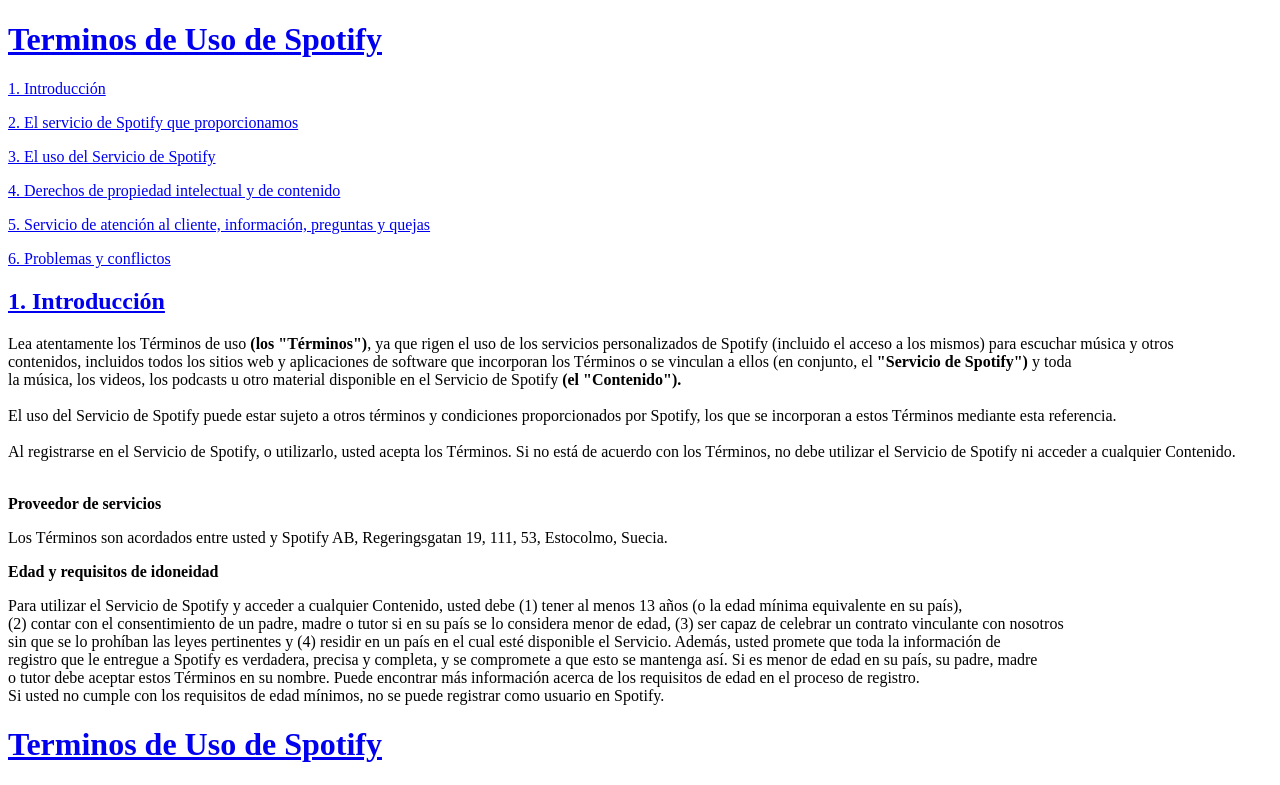
Repository: Devbenitez/Gen_30
Page: Gen_30/maquetado/index.html
The author's editor kept a copy of each file at every save. The page is drawn from the files as they stood at one save, then again after the next save.
The browser window is 1280 px wide. The pictures show the whole page.

Above is the page before, as saved 2023-10-31 05:21:20.

After the next save:
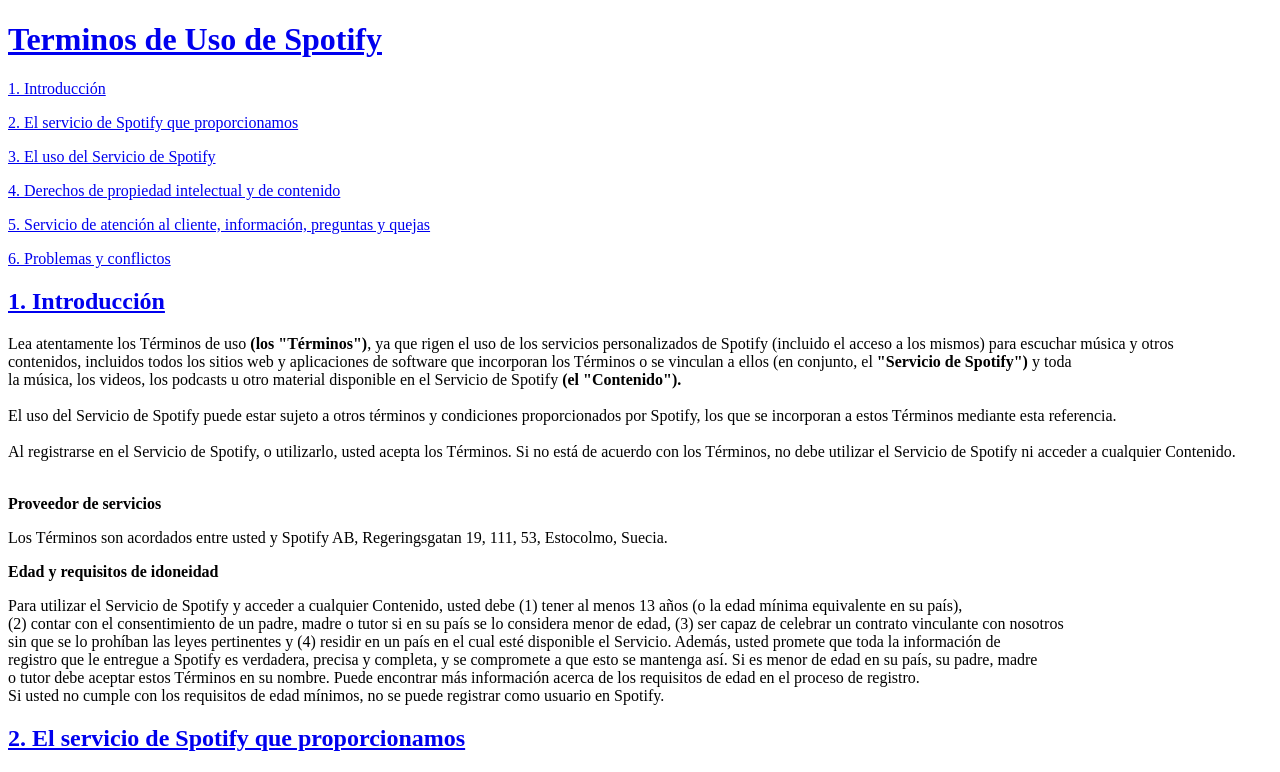
Saved 2 min 54 s later.
--- a/Gen_30/maquetado/index.html
+++ b/Gen_30/maquetado/index.html
@@ -43,8 +43,7 @@
             <a id= "1. Introducción" href="#1. Introducción">1. Introducción</a>
         </h2>
 
-
-      <!-- parrafos -->
+        <!-- parrafos -->
       <p>
         Lea atentamente los Términos de uso <b>(los "Términos")</b>, ya que rigen el uso de los servicios personalizados de Spotify (incluido el acceso a los mismos) para escuchar música y otros <br />
          contenidos, incluidos todos los sitios web y aplicaciones de software que incorporan los Términos o se vinculan a ellos (en conjunto, el <b>"Servicio de Spotify")</b> y toda <br />
@@ -65,9 +64,9 @@
         o tutor debe aceptar estos Términos en su nombre. Puede encontrar más información acerca de los requisitos de edad en el proceso de registro.<br />
         Si usted no cumple con los requisitos de edad mínimos, no se puede registrar como usuario en Spotify.
       </p>
-      <h1>
-        <a id= "Terminos de Uso de Spotify" href="#Terminos de Uso de Spotify"> Terminos de Uso de Spotify</a>
-    </h1>
+      <h2>
+        <a id= "2. El servicio de Spotify que proporcionamos" href="#2. El servicio de Spotify que proporcionamos">2. El servicio de Spotify que proporcionamos</a>
+    </h2>
 
 
         </main>
